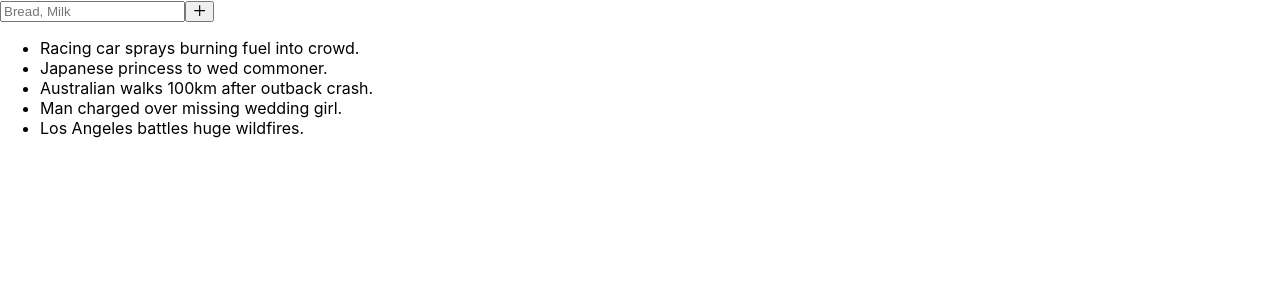
Repository: Luigi-ai-creator/Todo_react
Page: /
An editor plug-in stored every save of this project. The page is shown before and after a run of saves, followed by the edit.
The browser window is 1280 px wide. The pictures show the whole page.
The project was rebuilt for these pictures with package versions that can differ from the ones it lists, and the page was loaded fresh each time. Also part of the build but not shown: src/App.css.

Above is the page before, as saved 2021-01-22 15:28:14.

### src/App.js
import './App.css';
import ButtonPlus from './Components/ButtonPlus/ButtonPlus';
import InputMain from './Components/InputMain/InputMain';
import ListToDo from './Components/ListToDo/ListToDo';

function App() {
  return (
    <div className="App">
      <InputMain />
      <ButtonPlus />
      <ListToDo />
    </div>
  );
}

export default App;

### src/Components/ButtonPlus/ButtonPlus.js
import React from 'react';
import ReactDOM from 'react-dom';

import { Button } from 'antd';
import { PlusOutlined } from '@ant-design/icons';

const ButtonPlus = () => {
    return (
    <>
        <Button type="primary">
            <PlusOutlined />
        </Button>
    </>
    )
}

export default ButtonPlus;

### src/Components/InputMain/InputMain.js
import React from 'react';
import { Input } from 'antd';

const InputMain = () => {
    return (
        <Input placeholder="Bread, Milk" />
    )
}

export default InputMain;

### src/Components/ListToDo/ListToDo.js
import React from 'react';

import { List, Typography } from 'antd';

const data = [
  'Racing car sprays burning fuel into crowd.',
  'Japanese princess to wed commoner.',
  'Australian walks 100km after outback crash.',
  'Man charged over missing wedding girl.',
  'Los Angeles battles huge wildfires.',
];

const ListToDo = () => {
    return (
        <>
    <List
      bordered
      dataSource={data}
      renderItem={item => (
        <List.Item>
            {item}
        </List.Item>
      )}
    />
  </>
    )
}

export default ListToDo;

Loaded but not shown: public/index.html (common file); src/index.js (common file); src/index.css (common file); src/reportWebVitals.js (common file)

After the next 2 saves:
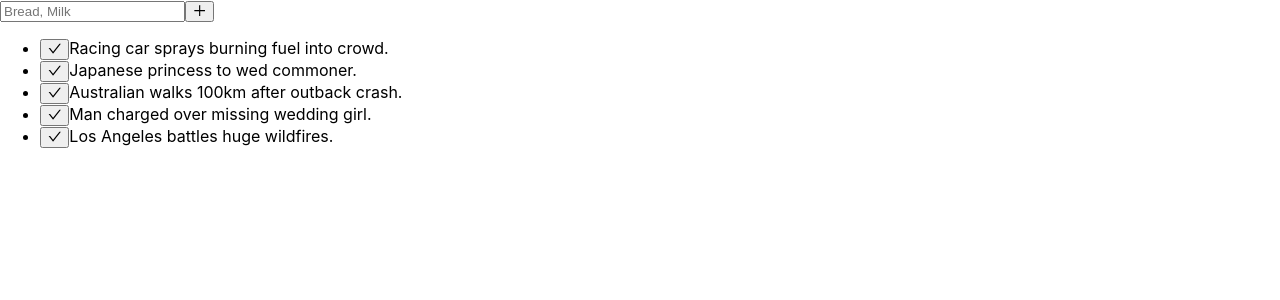
The 2 saves are shown as one change because 1 did not build or start.
The last was saved 2 min 41 s later.
--- a/src/Components/ListToDo/ListToDo.js
+++ b/src/Components/ListToDo/ListToDo.js
@@ -1,6 +1,8 @@
 import React from 'react';
 
-import { List, Typography } from 'antd';
+import { Button } from 'antd';
+import { List } from 'antd';
+import { CheckOutlined } from '@ant-design/icons';
 
 const data = [
   'Racing car sprays burning fuel into crowd.',
@@ -18,7 +20,10 @@ const ListToDo = () => {
       dataSource={data}
       renderItem={item => (
         <List.Item>
-            {item}
+            <Button type="primary">
+                <CheckOutlined />
+            </Button>
+        {item}
         </List.Item>
       )}
     />
